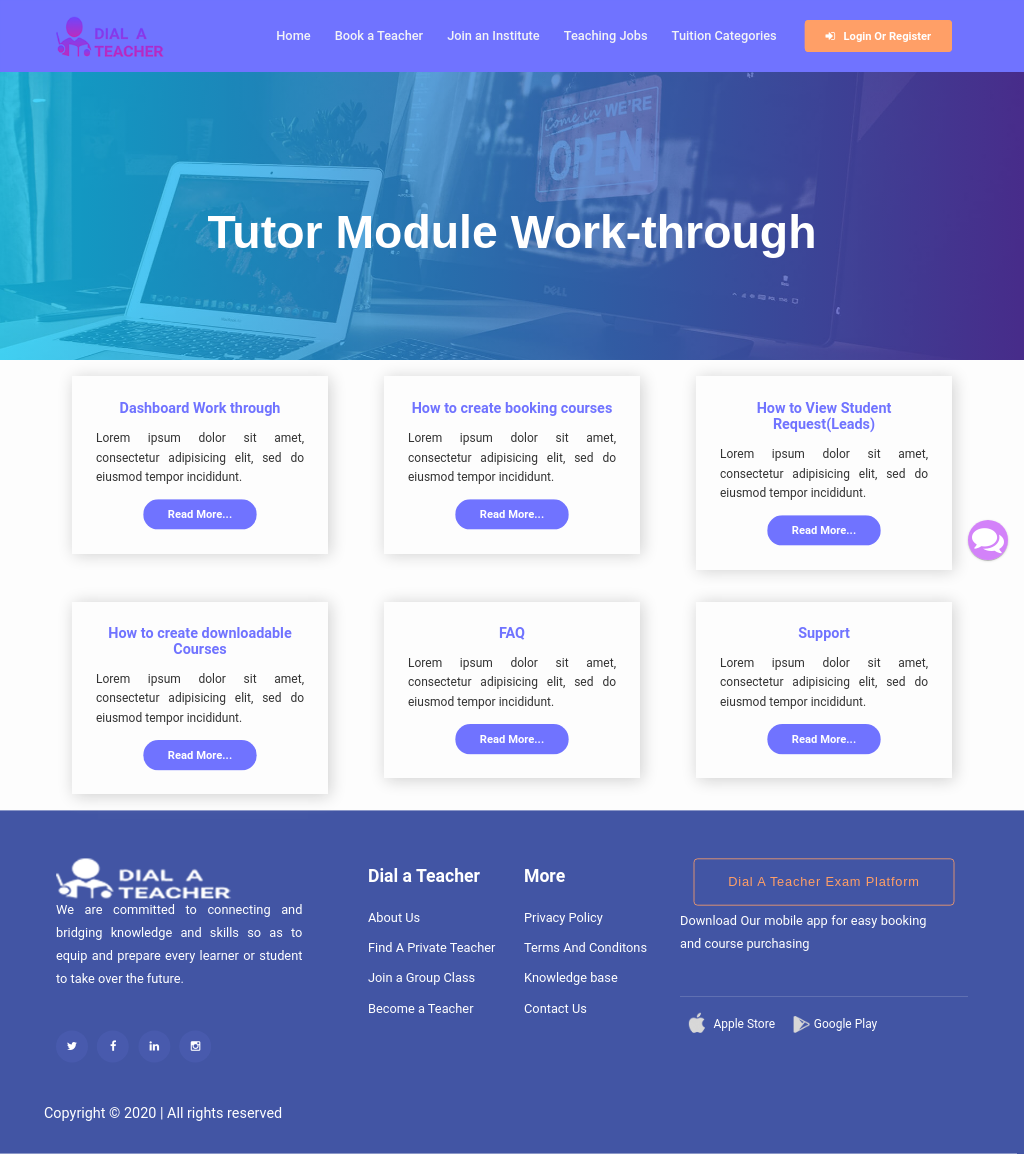
Repository: Samkiroko/DAT_knowledge
Page: knowledge_base/ttdashboard.html
The author's editor kept a copy of each file at every save. The page is drawn from the files as they stood at one save, then again after the next save.
The browser window is 1280 px wide. The pictures show the whole page, at 80% of full size.

Above is the page before, as saved 2020-12-16 16:05:28.
Console error: TypeError: e.indexOf is not a function

After the next save:
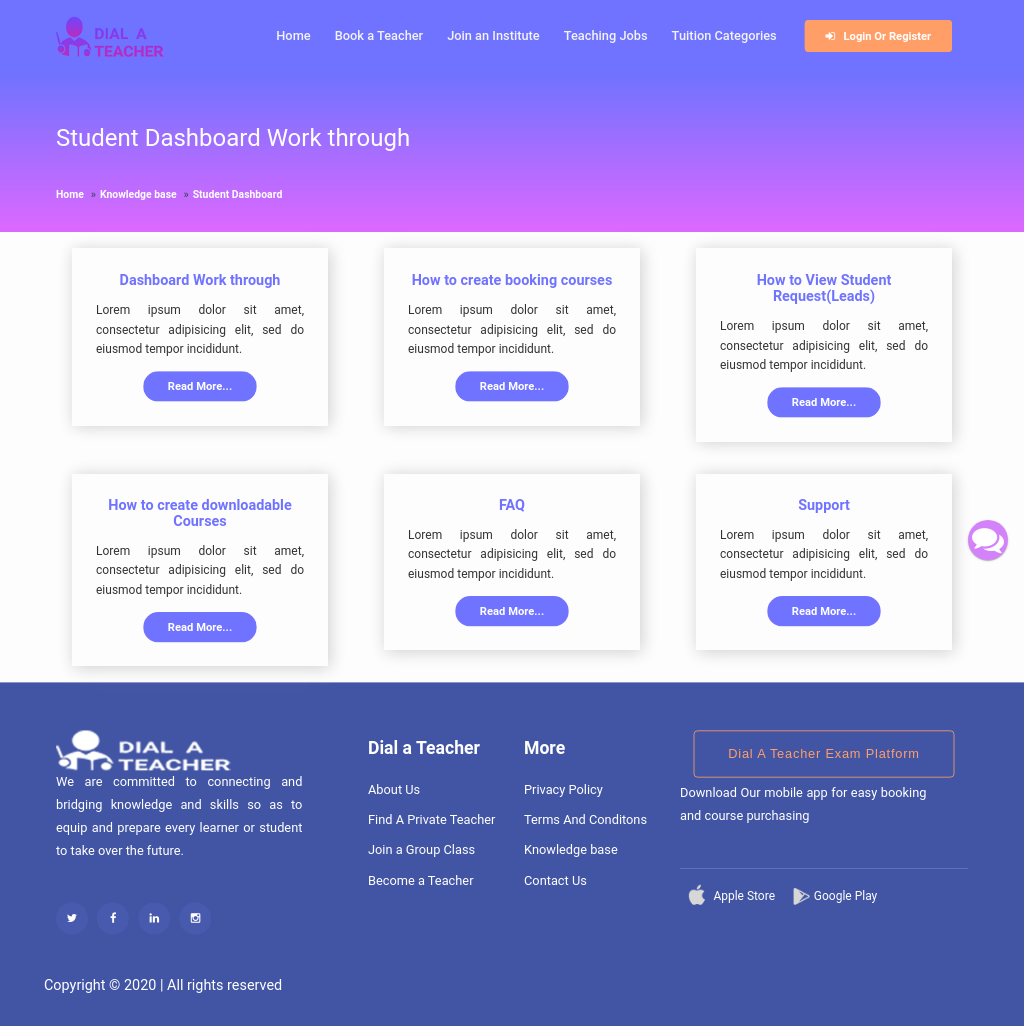
Saved 7 min 54 s later.
--- a/knowledge_base/ttdashboard.html
+++ b/knowledge_base/ttdashboard.html
@@ -84,19 +84,40 @@
     </nav>
     <!-- Ends Navigation -->
     <!--===============================
-    =            main-page            =
-    ================================-->
-
-    <div class="mwb-main-page example-main">
-      <div class="container-fluid">
-        <div class="mwb-main-page__content-wrapper">
-          <h1 class="mwb-main-page__heading">Tutor Module Work-through</h1>
+   <!-- slider Area Start-->
+    <section class="slider-area slider-area2">
+      <div class="slider-active">
+        <!-- Single Slider -->
+        <div class="single-slider slider-height2">
+          <div class="container">
+            <div class="row">
+              <div class="col-xl-8 col-lg-11 col-md-12">
+                <div class="hero__caption hero__caption2">
+                  <h2 data-animation="bounceIn" data-delay="0.2s" class="text-white">
+                    Student Dashboard Work through
+                  </h2>
+                  <!-- breadcrumb Start-->
+                  <nav aria-label="breadcrumb">
+                    <ol class="breadcrumb">
+                      <li class="breadcrumb-item text-white">
+                        <a href="index.html" class="text-white">
+                          Home
+                        </a>
+                      </li>
+                      <li class="breadcrumb-item"><a href="/faqs.html" class="text-white">Knowledge base</a></li>
+                      <li class="breadcrumb-item"><a href="/knowledge_base/stdashboard.html" class="text-white">Student
+                          Dashboard</a>
+                      </li>
+                    </ol>
+                  </nav>
+                  <!-- breadcrumb End -->
+                </div>
+              </div>
+            </div>
+          </div>
         </div>
       </div>
-    </div>
-
-
-    <!--====  End of main-page  ====-->
+    </section>
 
     <!--===========================================
 =            documentation-section            =
